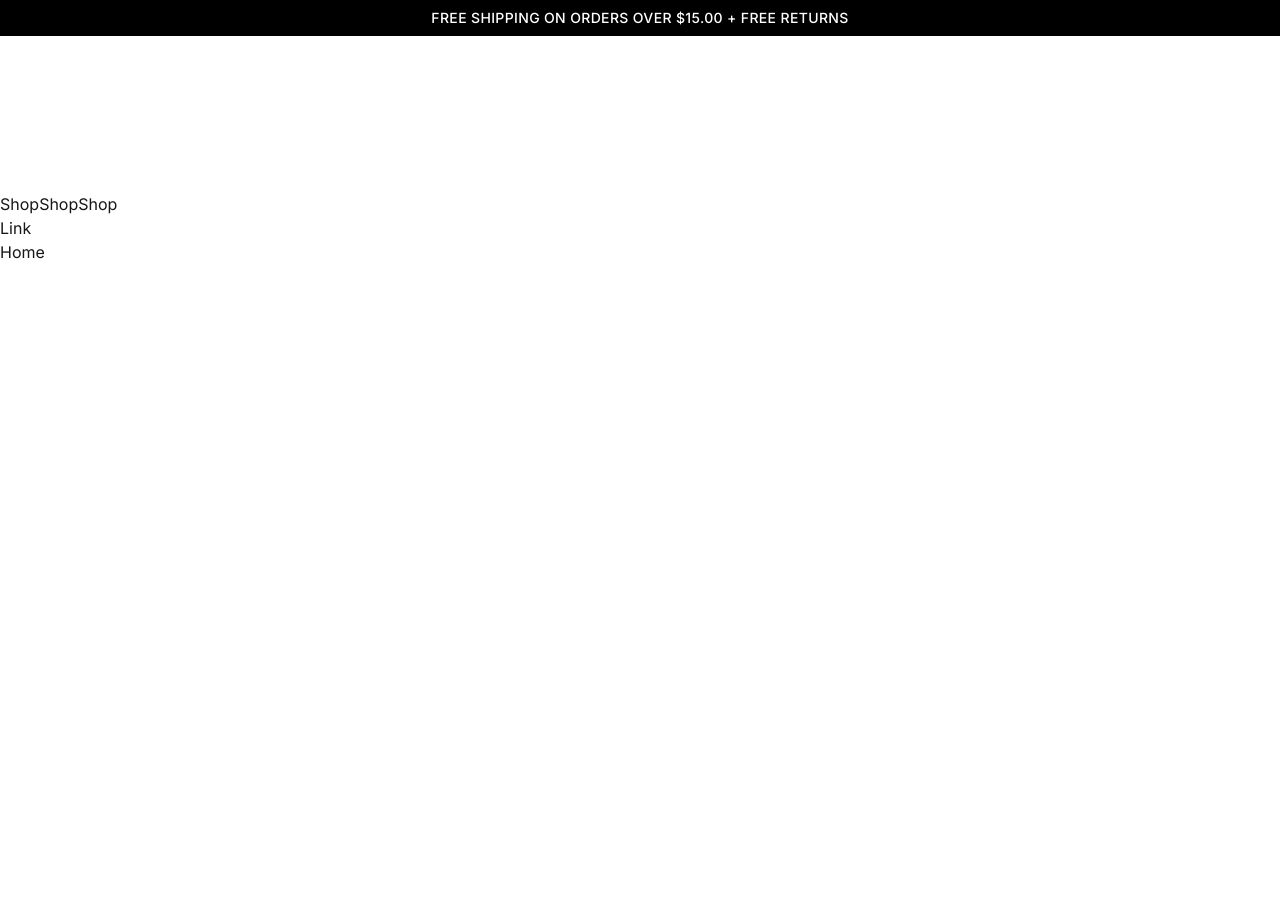
Repository: DiwanMalla/TEMU_CLONE
Page: /
These files come from the project's save history. The page is drawn as it stood at one moment and after the next save; the edit follows.
The browser window is 1280 px wide. The pictures show the whole page.
The project was rebuilt for these pictures with package versions that can differ from the ones it lists, and the page was loaded fresh each time. The framework's server and built-in components were replaced by stand-ins that run in the browser. Also part of the build but not shown: next.config.ts.

Above is the page before, as saved 2025-01-20 22:23:00.

After the next save:
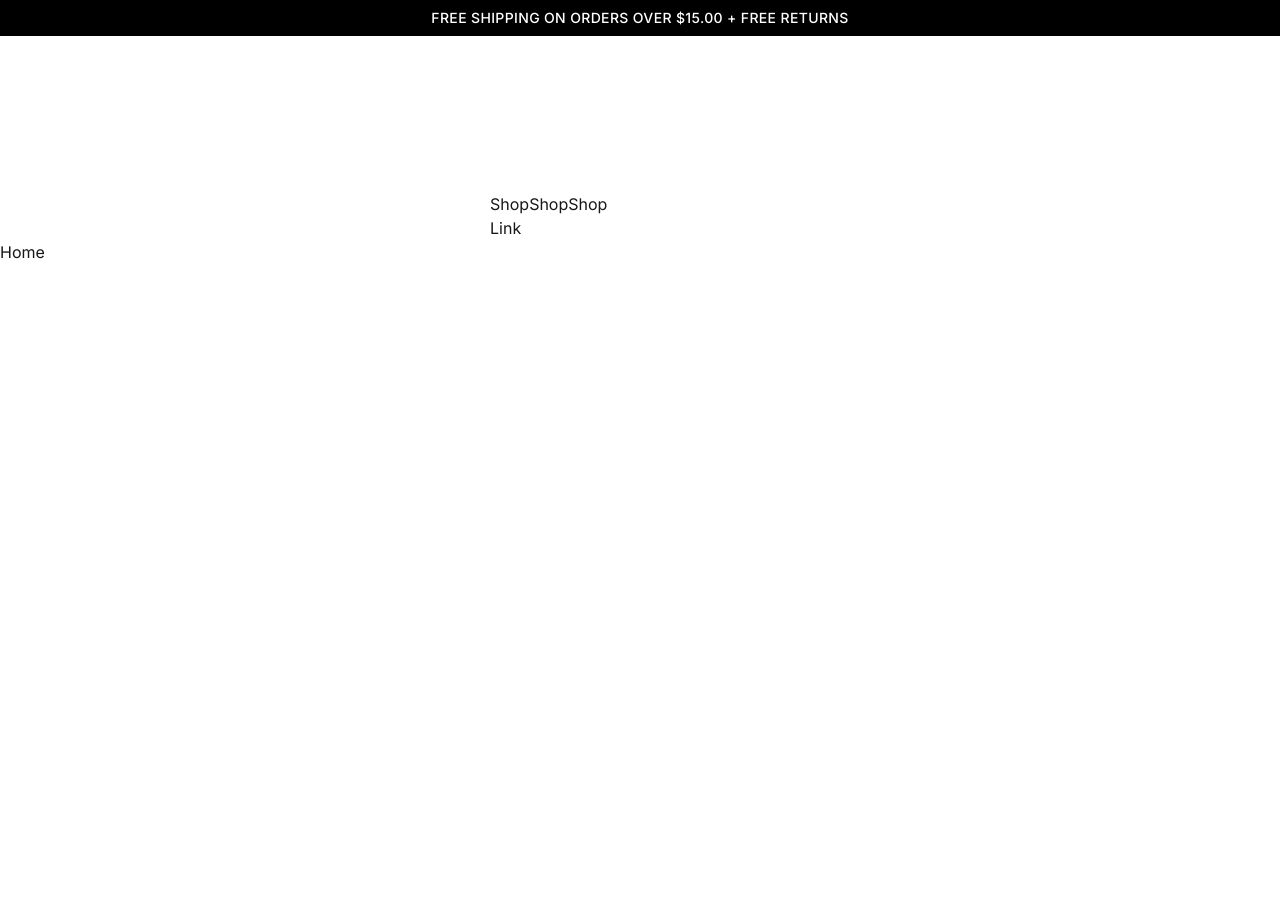
Saved 7 s later.
--- a/components/layout/Header.tsx
+++ b/components/layout/Header.tsx
@@ -41,7 +41,7 @@ const Header = () => {
         }`}
       >
         <AnnounecementBar />
-        <div className="w-full">
+        <div className="w-full flex justify-center items-center">
           <div>
             <div>
               <button>
